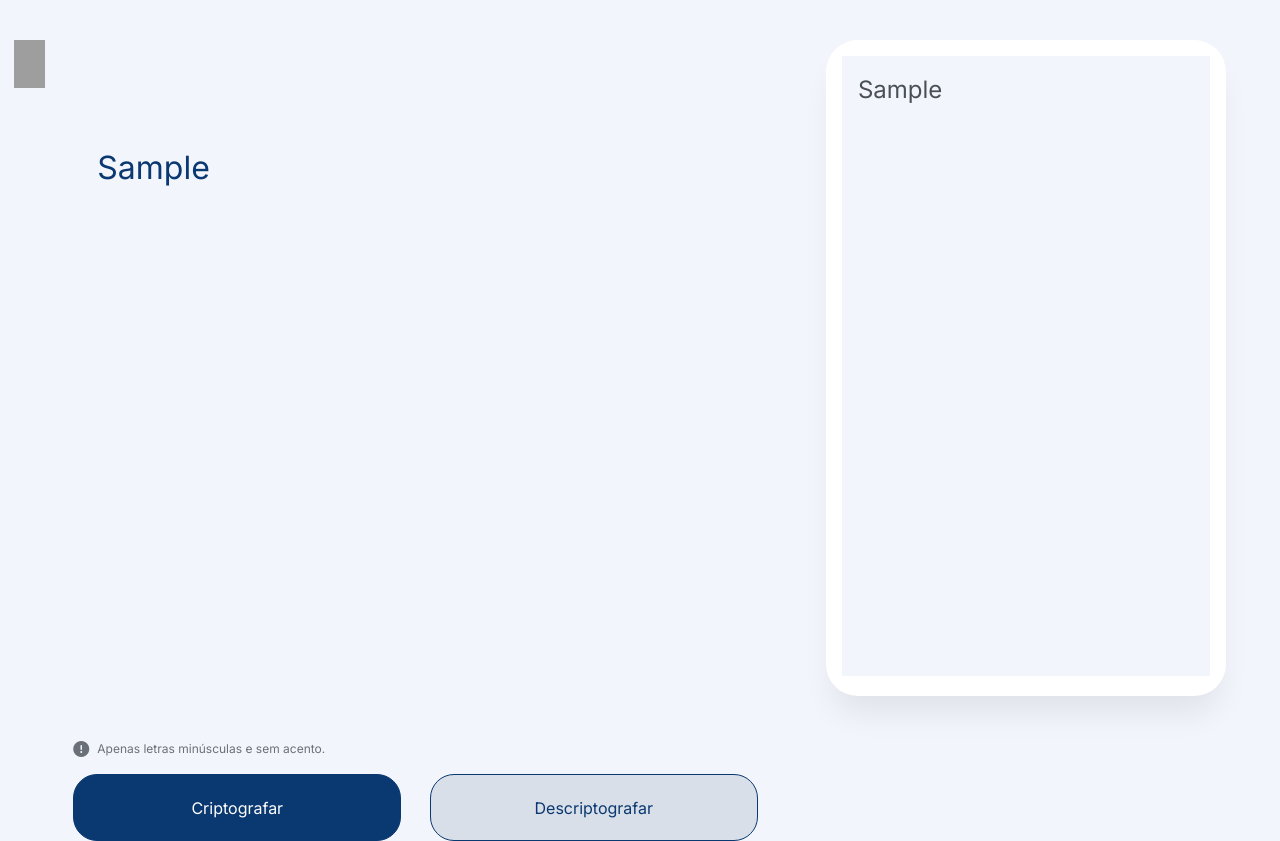
Repository: CarlosEduardoVdeOliveira/descodificador-de-texto
Page: index.html
An editor plug-in stored every save of this project. The page is shown before and after the next save, followed by the edit.
The browser window is 1280 px wide. The pictures show the whole page.
Empty fields were first filled with sample values (such as "Sample", 5 or name@example.com).
After loading, the first visible `button.button-cryptography` was clicked once.
Pictures or frames that could not be fetched are drawn as grey boxes.

Above is the page before, as saved 2023-04-13 14:15:09.
Console error: TypeError: Cannot set properties of null (setting 'onclick')

### index.html
<!DOCTYPE html>
<html lang="en">
<head>
   <meta charset="UTF-8">
   <link rel="preconnect" href="https://fonts.googleapis.com">
   <link rel="preconnect" href="https://fonts.gstatic.com" crossorigin>
   <meta http-equiv="X-UA-Compatible" content="IE=edge">
   <meta name="viewport" content="width=device-width, initial-scale=1.0">
   <link href="https://fonts.googleapis.com/css2?family=Inter:wght@400;700&display=swap" rel="stylesheet">
   <link rel="stylesheet" href="https://cdnjs.cloudflare.com/ajax/libs/font-awesome/6.4.0/css/all.min.css" integrity="sha512-iecdLmaskl7CVkqkXNQ/ZH/XLlvWZOJyj7Yy7tcenmpD1ypASozpmT/E0iPtmFIB46ZmdtAc9eNBvH0H/ZpiBw==" crossorigin="anonymous" referrerpolicy="no-referrer" />
   <link rel="stylesheet" href="/public/styles/reset.css">
   <link rel="stylesheet" href="/public/styles/index.css">
   <link rel="stylesheet" href="/public/styles/tablet.css">
   <link rel="stylesheet" href="/public/styles/mobile.css">
   <title>Decodificador</title>
</head>
<body>
   <main>
      <img src="/public/images/imageLogo2.png"
         alt="letra a da logo da escola de programação Alura">
      <div class="highlight">
         <textarea placeholder="Digite seu texto" autofocus></textarea>
         <div class="info">
            <span>
               <i class="fa-solid fa-circle-exclamation"></i>
               Apenas letras minúsculas e sem acento.
            </span>
            <div class="info-group-button">
               <button class="button-cryptography">Criptografar</button>
               <button class="button-decryption">Descriptografar</button>
            </div>
         </div>
      </div>
      <div class="text-cryption">
         <img src="/public/images/imageHighLight.svg" alt="">
         <div>
            <h2>Nenhuma mensagem encontrada</h2>
            <p>
               Digite um texto que você deseja criptografar ou descriptografar.
            </p>
         </div>
         <!-- <button class="button-copy-cryption">Copiar</button> -->
      </div>
   </main>
   <script src="/public/scripts/index.js"></script>
</body>
</html>

### public/styles/reset.css
:root{
   --light-gray: #D8DFE8;
   --gray-100: #CED4DA;
   --gray-200: #ADB5BD;
   --gray-300: #868E96;
   --gray-400: #495057;
   --gray-500: #343A40;
   --light-blue-100: #F3F5FC;
   --light-blue-200: #EFF1FA;
   --light-blue-300: #E9ECF8;
   --light-blue-400: #AAB2D5;
   --light-blue-500: #757FB2;
   --dark-blue-100: #609ED4;
   --dark-blue-200: #356EA9;
   --dark-blue-300: #0A3871;
   --dark-blue-400: #072B61;
   --dark-blue-500: #052051;
}
*{
   margin: 0;
   padding: 0;
   box-sizing: border-box;
}

html, input, textarea, button{
   background-color: var(--light-blue-100);
   font-family:  'Inter', sans-serif;
   font-size: 1rem;
   -webkit-font-smoothing: antialiased;
   -moz-osx-font-smoothing: grayscale;
}

### public/styles/index.css
body{
   background-color: var(--light-blue-100);
}
img{
   width: 1.943rem;
   height: 3rem;
   margin-top: 2.5rem;
}
main {
   display: flex;
   justify-content: space-around;
   align-items: self-start;
   margin: 0 auto;
}
.highlight{
   display: flex;
   flex-direction: column;
   margin-top: 7.5rem;
}
textarea{
   width: 100%;
   height: calc(100vh - 100px);
   font-size: 32px;
   line-height: 150%;
   background-color: var(--light-blue-100);
   color: var(--dark-blue-300);
   border: none;
   resize: none;
   margin: 0 auto;
   padding: 1.5rem;
}
textarea:focus{
   outline: 0;
}

textarea::placeholder{
   color: var(--dark-blue-300);
}
span{
   display: flex;
   align-items: center;
   font-size: 12px;
   color: var(--gray-400);
   line-height: 150%;
   opacity: 0.8;
   margin-bottom: 1rem;
}
i{
   color: var(--gray-400);
   margin-right: 0.5rem;
   font-size: 1rem;
}

button{
   padding: 1.5rem;
   width: 328px;
   height: 67px;
   border-radius: 1.5rem;
   cursor: pointer;
   font-size: 1rem;
   line-height: 19px;
   border: 1px solid var(--dark-blue-300);
   transition: all .2s;
}
.info{
   background-color: var(--light-blue-100);
}
.info .button-cryptography{
   background-color: var(--dark-blue-300);
   color: white;
   margin-right: 1.5rem;
}
.info .button-cryptography:hover{
   background-color: var(--dark-blue-400);
}
.info .button-decryption{
   background: var(--light-gray);
   color: var(--dark-blue-300);
}
.info .button-decryption:hover{
   background-color: var(--light-blue-200);
}
.text-cryption{
   width: 25rem;
   margin: 2.5rem;
   padding: 15rem 2rem;
   text-align: center;
   background-color: white;
   /* shadow */
   box-shadow: 0px 24px 32px -8px rgba(0, 0, 0, 0.08);
   border-radius: 32px;
}
.text-cryption img{
   width: 21rem;
   height: 19rem;
}
.text-cryption div{
   display: flex;
   flex-direction: column;

   margin-top: 2rem;
   padding: 0px;
   gap: 16px;
}

textarea.textarea-output{
   font-size: 1.5rem;
   color: var(--gray-400);
   height: calc(100vh - 100px);
   padding: 1rem;
}
.text-cryption-whit-text{
   padding: 1rem;
}

.button-copy-cryption{
   background-color: white;
}
.button-copy-cryption:hover{
   background-color: var(--light-blue-200);
}

### public/styles/tablet.css
@media (max-width: 768px) {
   main{
      display: block;
   }
   img{
      margin: 1rem;
   }
   .textarea-input{
      margin: 0 auto;
   }
   .info{
      display: flex;
      flex-direction: column;
      margin: 0 auto;
   }
   .text-cryption{
      width: 43rem;
      height: 8.313rem;
      padding: 0;
      margin: 1.5rem auto;
   }
   .text-cryption img{
      display: none;
   }
}

### public/styles/mobile.css
@media (max-width: 375px) {
   img{
      margin: 1rem;
   }
   .info{
      margin: 0 auto;
   }
   .info-group-button{
      display: flex;
      flex-direction: column;
   }
   .info-group-button .button-cryptography{
      margin-bottom: 1.5rem;
   }
   .text-cryption{
      width: 20.438rem;
      height: 11.625rem;
      padding: 0;
      margin: 1.5rem auto;
   }
}

### public/scripts/index.js
const elementTextarea = document.querySelector("textarea");
const areaCryption = document.querySelector(".text-cryption");
const buttonCryptography = document.querySelector(".button-cryptography");
const buttonDecryption = document.querySelector(".button-decryption");
const buttonCopy = document.querySelector(".button-copy-cryption");

function alterTextCryptionArea(){
   const textareaValue = elementTextarea.value;

   if ( textareaValue !== '') {
      areaCryption.classList.add("text-cryption-whit-text")
      areaCryption.innerHTML = `
      <textarea class="textarea-output" disabled>${textareaValue}</textarea>
      `;

   }
}


function copyText(){
   /* const text = document.querySelector(".textarea-output").select(); */
   alert("OK")
}
buttonCryptography.onclick = alterTextCryptionArea;
buttonDecryption.onclick = alterTextCryptionArea;
buttonCopy.onclick = copyText;

After the next save:
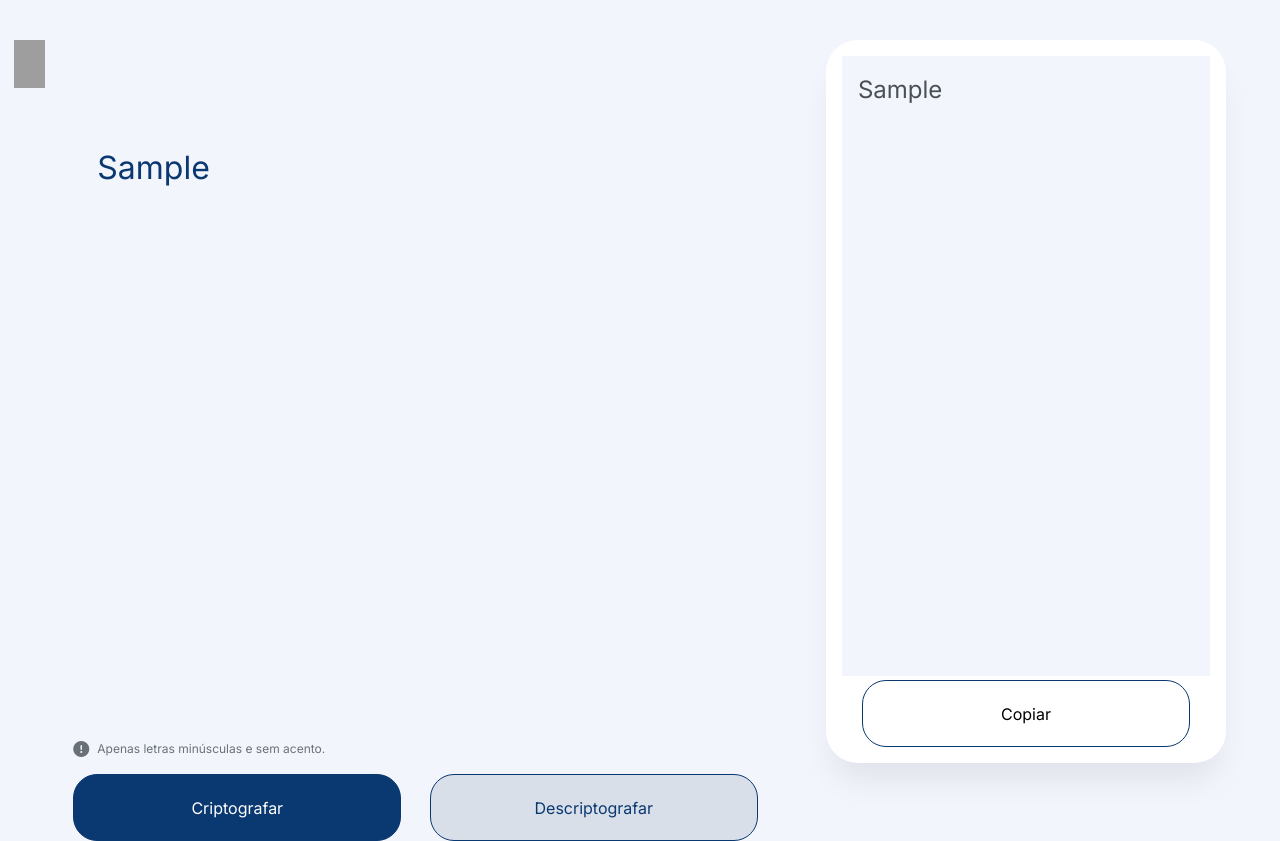
Saved 25 s later.
--- a/public/scripts/index.js
+++ b/public/scripts/index.js
@@ -10,7 +10,8 @@ function alterTextCryptionArea(){
    if ( textareaValue !== '') {
       areaCryption.classList.add("text-cryption-whit-text")
       areaCryption.innerHTML = `
-      <textarea class="textarea-output" disabled>${textareaValue}</textarea>
+         <textarea class="textarea-output" disabled>${textareaValue}</textarea>
+         <button class="button-copy-cryption">Copiar</button>
       `;
 
    }
